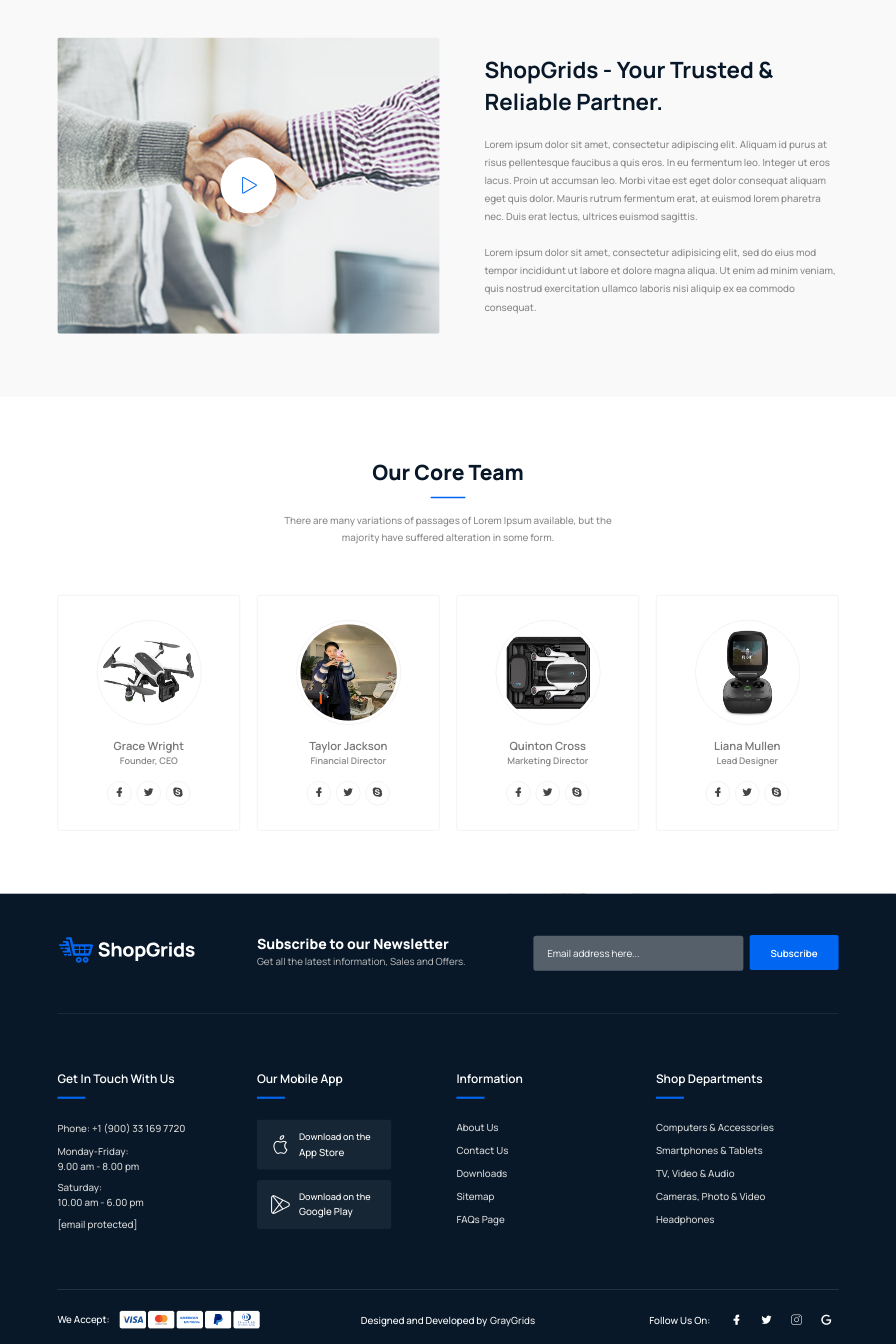
Repository: vothaihoa1998/Login-UI
Page: Desktop/learn js/ShopGrids-free-lite/about-us.html
The author's editor kept a copy of each file at every save. The page is drawn from the files as they stood at one save, then again after the next save.
The browser window is 1280 px wide. The pictures show the part of the page from y = 454 to 2374 px (the page is 2382 px tall), at 70% of full size.
A picture or video elsewhere on the page could not be fetched, so the positions and the page height are approximate.

Above is the page before, as saved 2021-07-04 19:33:09.

After the next save:
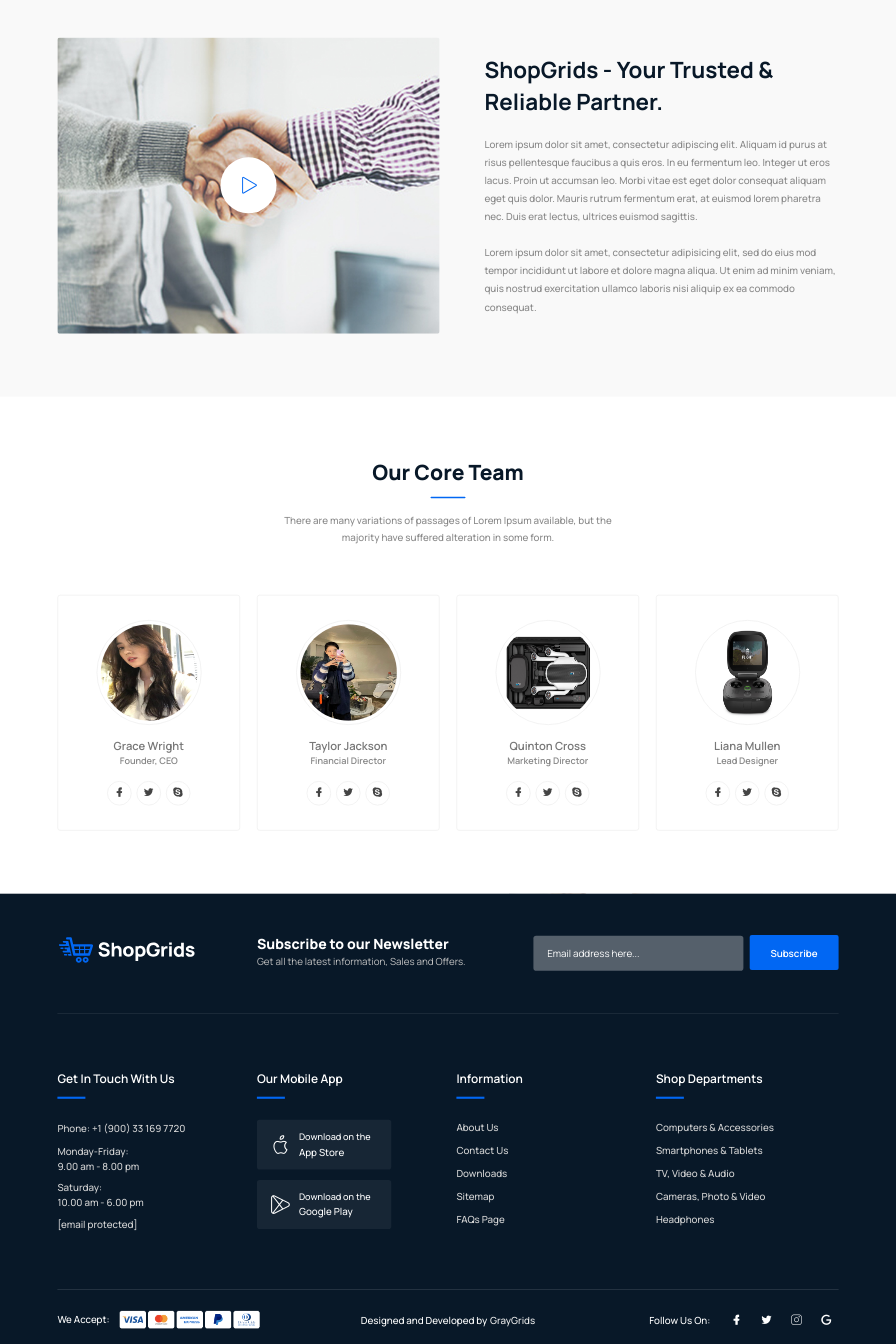
Saved 4 min 19 s later.
--- a/Desktop/learn js/ShopGrids-free-lite/about-us.html
+++ b/Desktop/learn js/ShopGrids-free-lite/about-us.html
@@ -384,7 +384,7 @@ Ipsum available, but the majority have suffered alteration in some form.</p>
 
 <div class="single-team">
 <div class="image">
-<img src="assets/images/team/01.jpg" alt="#">
+<img src="assets/images/team/01.jpeg" alt="#">
 </div>
 <div class="content">
 <div class="info">
